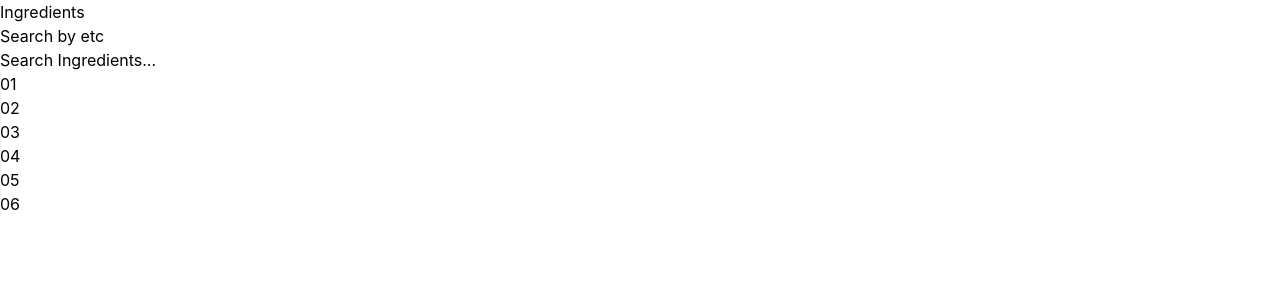
Repository: thais-chen/Meal
Page: /ingredients (app in meal-plan/)
These files come from the project's save history. The page is drawn as it stood at one moment and after the next save; the edit follows.
The browser window is 1280 px wide. The pictures show the whole page.
The project was rebuilt for these pictures with package versions that can differ from the ones it lists, and the page was loaded fresh each time. The framework's server and built-in components were replaced by stand-ins that run in the browser. Also part of the build but not shown: meal-plan/next.config.js.

Above is the page before, as saved 2022-08-09 15:27:44.

After the next save:
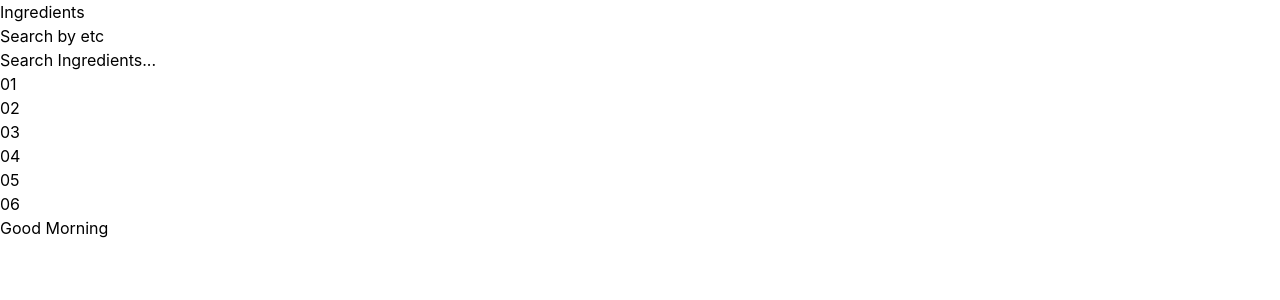
Saved 29 s later.
--- a/meal-plan/comps/Grid.js
+++ b/meal-plan/comps/Grid.js
@@ -9,6 +9,7 @@
         <div>04</div>
         <div>05</div>
         <div>06</div>
+        <h2 className="text-base text-red-500 font-semibold">Good Morning</h2>
       </div>
     );
 }

After the save that followed:
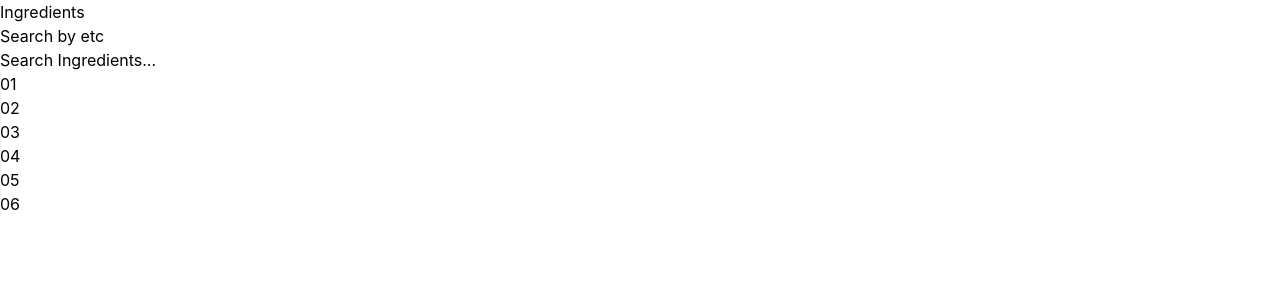
Saved 12 s later.
--- a/meal-plan/comps/Grid.js
+++ b/meal-plan/comps/Grid.js
@@ -9,8 +9,7 @@
         <div>04</div>
         <div>05</div>
         <div>06</div>
-        <h2 className="text-base text-red-500 font-semibold">Good Morning</h2>
-      </div>
+       </div>
     );
 }
 export default Grid;
